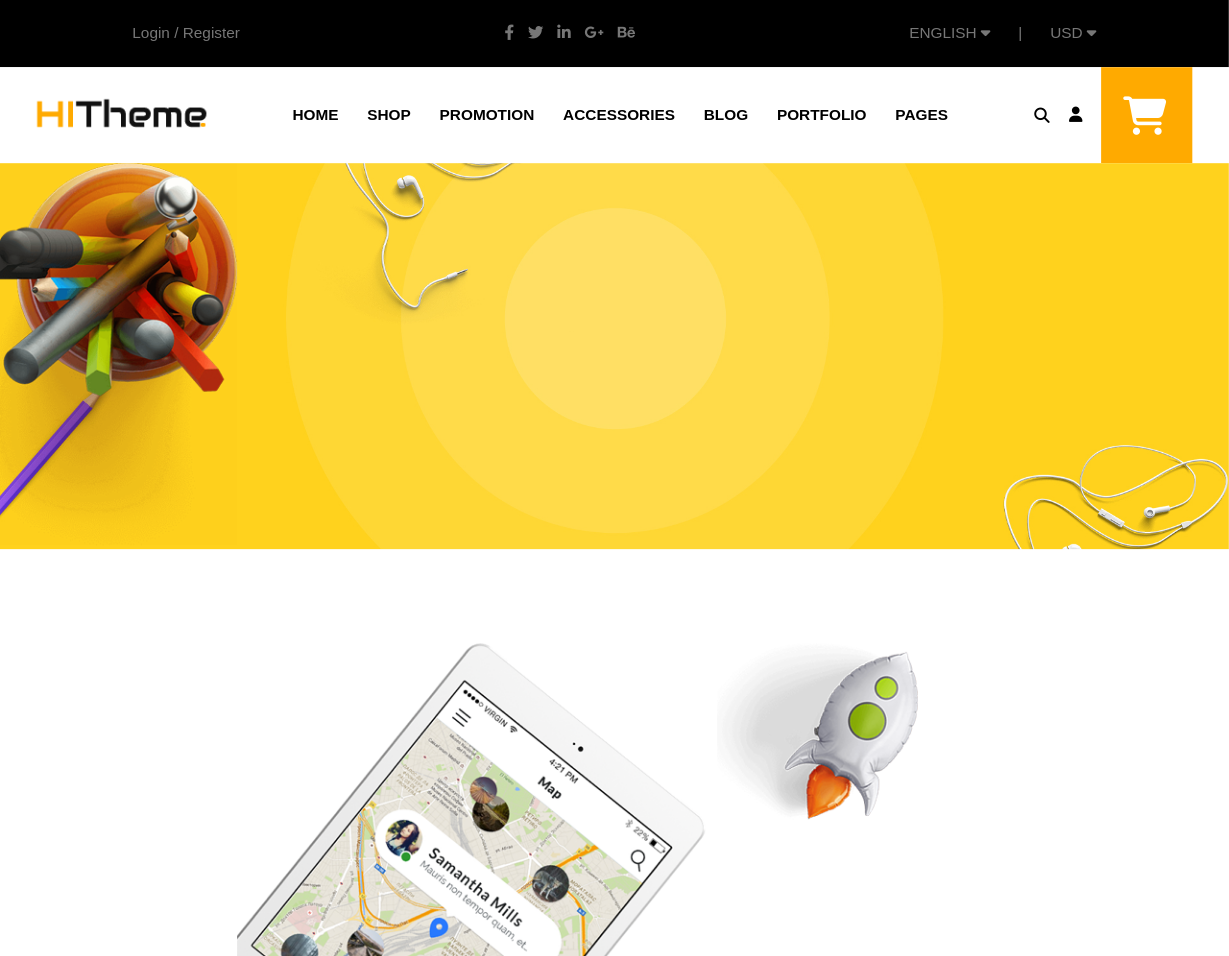
Repository: Thach1311/DU-AN-WEB-BAN-HANG-
Page: WEB BAN HANG/index1.html
An editor plug-in stored every save of this project. The page is shown before and after the next save, followed by the edit.
The browser window is 1280 px wide. The pictures show the whole page, at 96% of full size.

Above is the page before, as saved 2023-02-23 17:30:10.

### WEB BAN HANG/index1.html
<!DOCTYPE html>
<html lang="en">
<head>
    <meta charset="UTF-8">
    <meta http-equiv="X-UA-Compatible" content="IE=edge">
    <meta name="viewport" content="width=device-width, initial-scale=1.0">
    <title>Hi Theme</title>
    <link rel="stylesheet" href="/CSS/style1.css">
    <link rel="stylesheet" href="/ICON/fontawesome-free-6.3.0-web/css/all.min.css">
</head>
<body>
    <div class="header">

        <div class="header__form1">

          <a href=""  class="header__form1-login">
              Login /
          </a>

          <a href="" class="header__form1-register">
            Register
          </a>

        </div>

        <div class="header__form2">
            <i class="fa-brands fa-facebook-f"></i>
            <i class="fa-brands fa-twitter"></i>
            <i class="fa-brands fa-linkedin-in"></i>
            <i class="fa-brands fa-google-plus-g"></i>
            <i class="fa-brands fa-behance"></i>
        </div>

        <div class="header__form3">
            <div class="header__form3-language">
                <div class="header__form3-english">ENGLISH  <i class="fa-solid fa-caret-down"></i>

                    <div class="header__form3-moreLanguage">
                            <p class="header__form3-moreLaguage-text1"><img src="/IMG/eglish.png" alt="">English</p>
                            <p class="header__form3-moreLaguage-text2"><img src="/IMG/ar.png" alt="">Arabic</p>

                        </div>
                </div>


            </div>
            |
            <div class="header__form3-money">

                <div class="header__form3-usd">USD <i class="fa-solid fa-caret-down"></i>

                    <div class="header__form3-moreMoney">
                        <p class="header__form3-moreMoney-text1">USD</p>
                        <p class="header__form3-moreMoney-text2">EUR</p>

                    </div>

                </div>


            </div>
        </div>
    </div>

    <div class="header2">

        <div class="header2__logo">
            <img src="/IMG/logo.png" alt="">
        </div>
        <div class="header2__menu">
                     <!-- HOME -->
                <div class="header2__menu-HOME">

                    <a href="">HOME</a>

                    <div class="header2__menu-moreHOME">
                       <div class="header2__menu-moreHOME-listItem">
                        <ul class="header2__menu-moreHOME-list">
                            <li>HOMEPAGE STYLES</li>
                            <li>Home Page 1</li>
                            <li>Home Page 2</li>
                            <li>Home Page 3</li>
                            <li>Home Page 4</li>
                            <li>Home Page 5</li>
                        </ul>
                        <ul class="header2__menu-moreHOME-list">
                            <li>HOMEPAGE LAYOUTS</li>
                            <li>Home Page LTR</li>
                            <li>Home Page RTL</li>
                            <li>Home Page Boxed</li>
                            <li>Home Page Full</li>

                        </ul>
                        <ul class="header2__menu-moreHOME-list">
                            <li>PRESET COLORS</li>
                            <li>Orange</li>
                            <li>Yellow</li>
                            <li>Pink</li>
                        </ul>
                       </div>
                    </div>






                </div>


             <!-- SHOP -->
                <div class="header2__menu-SHOP">

                    <a href="">SHOP</a>

                    <div class="header2__menu-moreSHOP">
                       <div class="header2__menu-moreSHOP-listItem">
                        <ul class="header2__menu-moreSHOP-list">
                            <li>SHOP LAYOUT</li>
                            <li>Left Sidebar</li>
                            <li>Right Sidebar</li>
                            <li>Full Width</li>
                            <li>2 Columns</li>
                            <li>3 Columns</li>
                            <li>4 Columns</li>
                        </ul>
                        <ul class="header2__menu-moreSHOP-list">
                            <li>SHOP PAGES</li>
                            <li>Shop</li>
                            <li>Card</li>
                            <li>Wishlist</li>
                            <li>Checkout</li>

                        </ul>
                        <ul class="header2__menu-moreSHOP-list">
                            <li>PRODUCT TYPES</li>
                            <li>Simple Product</li>
                            <li>Variable Product</li>
                            <li>Group Product</li>
                            <li>Extermal & Affiliate Product</li>
                            <li>Bundle Product</li>
                        </ul>

                        <ul class="header2__menu-moreSHOP-list">
                            <li>PRODUCT PAGES</li>
                            <li>Full Width</li>
                            <li>Left Sidebar</li>
                            <li>Right Sidebar</li>
                            <li>Product Featured Video</li>

                        </ul>

                       </div>
                    </div>

                </div>

                 <!-- PROMOTION -->
                <div class="header2__menu-PROMOTION">

                    <a href="">PROMOTION</a>

                    <div class="header2__menu-morePROMOTION">
                       <div class="header2__menu-morePROMOTION-listItem">
                        <ul class="header2__menu-morePROMOTION-list">
                            <li>CATEGORY 1</li>
                            <li>Headphones</li>
                            <li>Kotex Styles</li>
                            <li>Electronic</li>
                            <li>Toys</li>
                            <li>Accessories</li>

                        </ul>
                        <ul class="header2__menu-morePROMOTION-list">
                            <li>CATEGORY 2</li>
                            <li>Headphones</li>
                            <li>Kotex Styles</li>
                            <li>Electronic</li>
                            <li>Toys</li>
                            <li>Accessories</li>

                        </ul>
                        <ul class="header2__menu-morePROMOTION-list">
                            <li>CATEGORY 3</li>
                            <li>Headphones</li>
                            <li>Kotex Styles</li>
                            <li>Electronic</li>
                            <li>Toys</li>
                            <li>Accessories</li>
                        </ul>

                        <ul class="header2__menu-morePROMOTION-list">
                            <li>CATEGORY 4</li>
                            <li>Headphones</li>
                            <li>Kotex Styles</li>
                            <li>Electronic</li>
                            <li>Toys</li>
                            <li>Accessories</li>

                        </ul>
                        <div class="header2__menu-morePROMOTION-img">
                           <img src="/IMG/headphone.jpg" alt="">
                        </div>
                    </div>
                    </div>

                </div>

                    <!-- ACCESSORIES-->
                <div class="header2__menu-ACCESSORIES">

                    <a href="">ACCESSORIES</a>


                    <div class="header2__menu-moreACCESSORIES">
                        <div class="header2__menu-moreACCESSORIES-listItem">

                                <div class="header2__menu-moreACCESSORIES-img">
                                    <div class="header2__menu-moreACCESSORIES-imgItem">

                                        <img src="/IMG/head1.png" alt="" style="width: 71%;">
                                    </div>
                                    <hr>
                                    <div class="header2__menu-moreACCESSORIES-content">
                                        <p> Ipsum Quia Dolor</p>
                                    </div>

                                </div>

                                <div class="header2__menu-moreACCESSORIES-img">
                                    <div class="header2__menu-moreACCESSORIES-imgItem">

                                        <img src="/IMG/head2.png" alt="">
                                    </div>
                                   <hr>
                                    <div class="header2__menu-moreACCESSORIES-content">
                                        <p>Ea Commodi Conse</p>
                                    </div>

                                </div>


                                <div class="header2__menu-moreACCESSORIES-img">
                                    <div class="header2__menu-moreACCESSORIES-imgItem">

                                        <img src="/IMG/head3.png" alt="">
                                    </div>
                                    <br><hr>
                                    <div class="header2__menu-moreACCESSORIES-content">
                                        <p>Ea Commodi Conse</p>
                                    </div>

                                </div>


                        </div>
                    </div>

                </div>




                <!-- BLOG -->
                <div class="header2__menu-BLOG">

                    <a href="">BLOG</a>

                    <div class="header2__menu-moreBLOG">
                       <div class="header2__menu-moreBLOG-listItem">
                        <ul class="header2__menu-moreBLOG-list">
                            <li>BLOG LAYOUT 1</li>
                            <li>Right Sidebar - Default</li>
                            <li>Left Sideba - Grid</li>
                            <li>Right Sidebar - Grid</li>
                            <li>Left Sideba - List</li>
                            <li>Right Sidebar - List</li>
                        </ul>
                        <ul class="header2__menu-moreBLOG-list">
                            <li>BLOG LAYOUT 2</li>
                            <li>2 Columns</li>
                            <li>3 Columns</li>
                            <li>4 Columns</li>
                            <li>Full Width</li>
                            <li>Masonry</li>

                        </ul>
                        <ul class="header2__menu-moreBLOG-list">
                            <li>POST FORMATS</li>
                            <li>Image</li>
                            <li>Video</li>
                            <li>Audio</li>
                            <li>Gallery</li>
                            <li>Quote</li>
                        </ul>

                        <ul class="header2__menu-moreBLOG-list">
                            <li>POST LAYOUTS</li>
                            <li>Full Width</li>
                            <li>Left Sidebar</li>
                            <li>Right Sidebar</li>


                        </ul>

                       </div>
                    </div>

                </div>



                        <!--PORTFLOLIO  -->
                <div class="header2__menu-PORTFOLIO">

                    <a href="">PORTFOLIO</a>

                    <div class="header2__menu-morePORTFOLIO">
                       <div class="header2__menu-morePORTFOLIO-listItem">
                        <ul class="header2__menu-morePORTFOLIO-list">
                           <li>2 Columns</li>
                           <li>3 Columns</li>
                           <li>4 Columns</li>
                           <li>Masory</li>
                        </ul>


                       </div>
                    </div>

                </div>



                        <!--  PAGES -->

                        <div class="header2__menu-PAGE">

                            <a href="">PAGES</a>

                            <div class="header2__menu-morePAGE">
                               <div class="header2__menu-morePAGE-listItem">
                                <ul class="header2__menu-morePAGE-list">
                                   <li>About Us</li>
                                   <li>Contact Us</li>
                                   <li>Page</li>
                                </ul>


                               </div>
                            </div>

                        </div>


        </div>

        <div class="header2__icon">


            <i class="fa-solid fa-magnifying-glass"></i>

            <!-- icon user -->
            <div class="header2__icon-PAGE">
                <i class="fa-solid fa-user"></i>


                <div class="header2__menu-moreUser">
                    <div class="header2__icon-moreUser-listItem">
                        <ul class="header2__icon-moreUser-list">
                            <li>Login</li>
                            <li>Cart</li>
                            <li>Whishlist</li>
                            <li>Checkout</li>
                            <li>My Account</li>
                        </ul>


                    </div>
                </div>

            </div>


            <div class="header2__icon-backgoundCart">
                <i class="fa-solid fa-cart-shopping"></i>

                <div class="header2__menu-moreCart">
                    <div class="header2__icon-moreCart-listItem">
                        <h2 class="header2__icon-moreCart-listItem-text">SUBTOTAL:</h2>
                        <h2 class="header2__icon-moreCart-listItem-price">$0.00</h2>
                    </div>
                    <div class="header2__menu-moreCart-button">
                     <button class="header2__icon-moreCart-listItem-btn1">VIEW CART</button>
                     <button class="header2__icon-moreCart-listItem-btn2">CHECK OUT</button>
                    </div>
                </div>

            </div>
        </div>



    </div>


    <!-- slide 01 -->
    <div class="slide">

        <img src="/IMG/bg01.png" alt="" class="slide__bgMain-item1" >
        <img src="/IMG/bg02.png" alt="" class="slide__bgMain-item2" >
        <img src="/IMG/bg04.png" alt="" class="slide__bgMain-item4" >
    </div>
</body>
</html>

Loaded but not shown: WEB BAN HANG/ICON/fontawesome-free-6.3.0-web/css/all.min.css (library); WEB BAN HANG/CSS/style1.css (650 lines, source omitted)

After the next save:
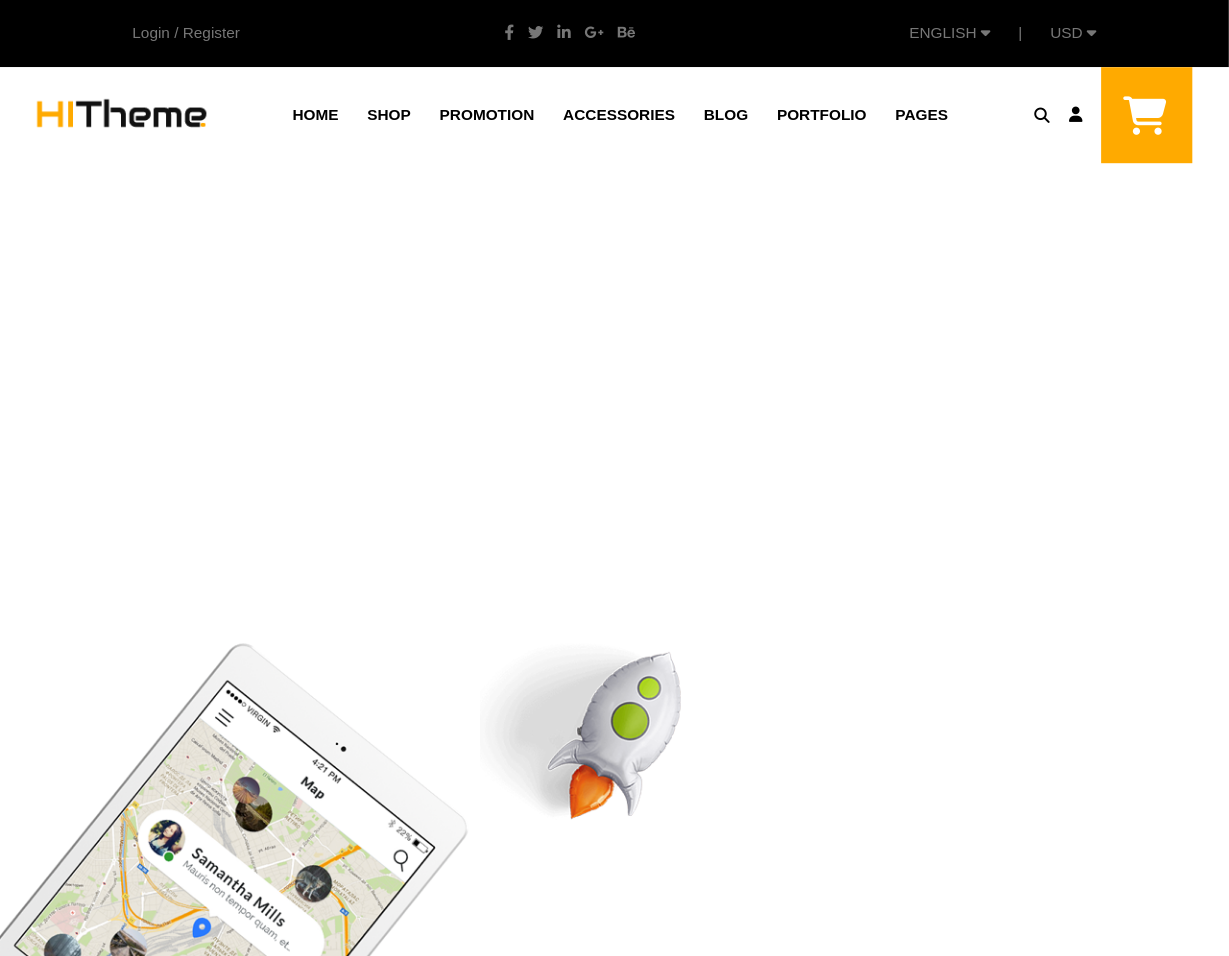
Saved 15 s later.
--- a/WEB BAN HANG/index1.html
+++ b/WEB BAN HANG/index1.html
@@ -407,7 +407,7 @@
     <!-- slide 01 -->
     <div class="slide">
 
-        <img src="/IMG/bg01.png" alt="" class="slide__bgMain-item1" >
+        <!-- <img src="/IMG/bg01.png" alt="" class="slide__bgMain-item1" > -->
         <img src="/IMG/bg02.png" alt="" class="slide__bgMain-item2" >
         <img src="/IMG/bg04.png" alt="" class="slide__bgMain-item4" >
     </div>

After the save that followed:
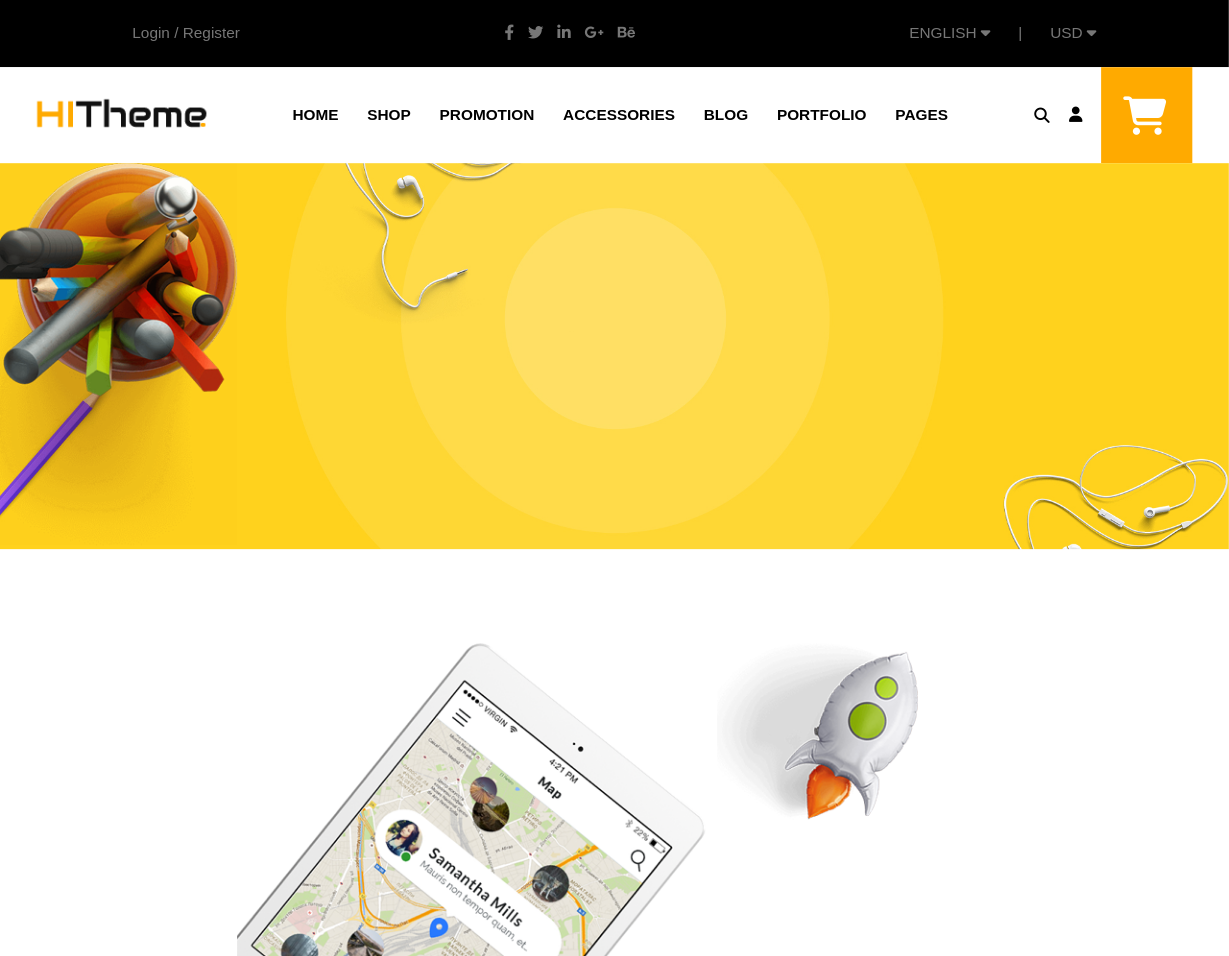
Saved 4 s later.
--- a/WEB BAN HANG/index1.html
+++ b/WEB BAN HANG/index1.html
@@ -407,7 +407,7 @@
     <!-- slide 01 -->
     <div class="slide">
 
-        <!-- <img src="/IMG/bg01.png" alt="" class="slide__bgMain-item1" > -->
+        <img src="/IMG/bg01.png" alt="" class="slide__bgMain-item1" >
         <img src="/IMG/bg02.png" alt="" class="slide__bgMain-item2" >
         <img src="/IMG/bg04.png" alt="" class="slide__bgMain-item4" >
     </div>
